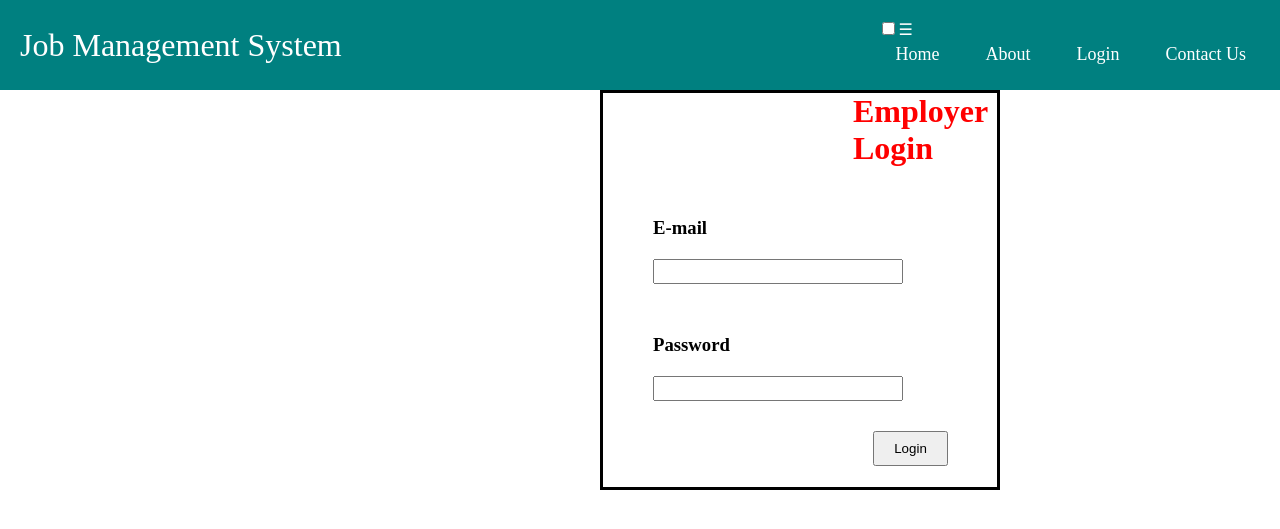
Repository: PrinceKumawat1109/JFSD
Page: http://localhost/Job-management/employerlogin.jsp
The author's editor kept a copy of each file at every save. The page is drawn from the files as they stood at one save, then again after the next save.
The browser window is 1280 px wide. The pictures show the whole page.
The page is served by Tomcat 9.

Above is the page before, as saved 2022-10-29 21:58:31.

After the next save:
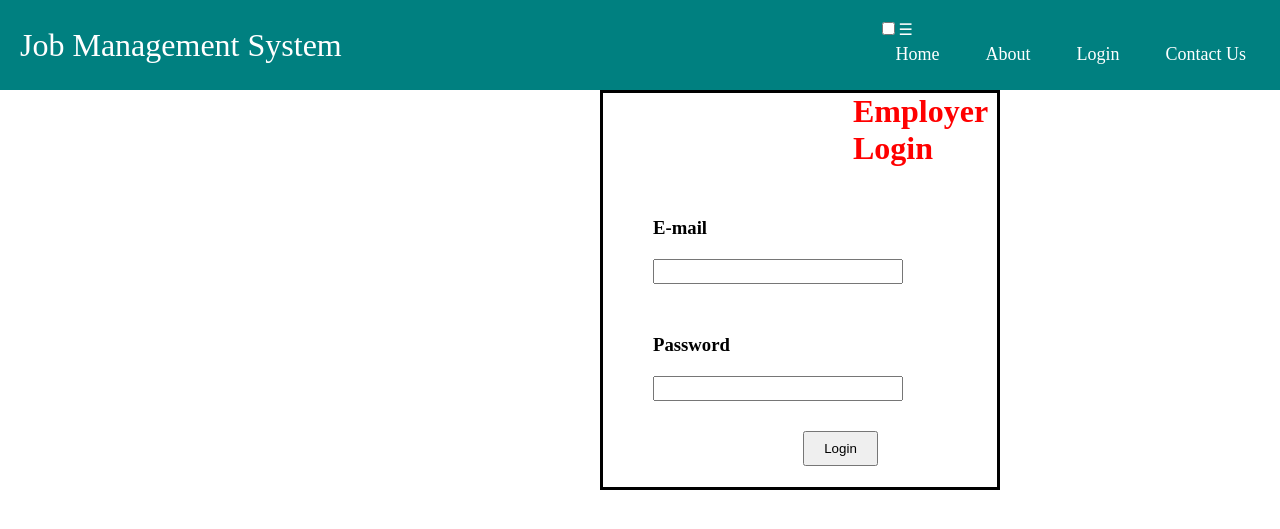
Saved 28 s later.
--- a/Job-management/src/main/webapp/employerlogin.jsp
+++ b/Job-management/src/main/webapp/employerlogin.jsp
@@ -28,7 +28,7 @@ margin-left: 600px;
 }
 .i{
 margin-top: 10px;
-margin-left: 170px;
+margin-left: 100px;
 }
 </style>
 </head>
